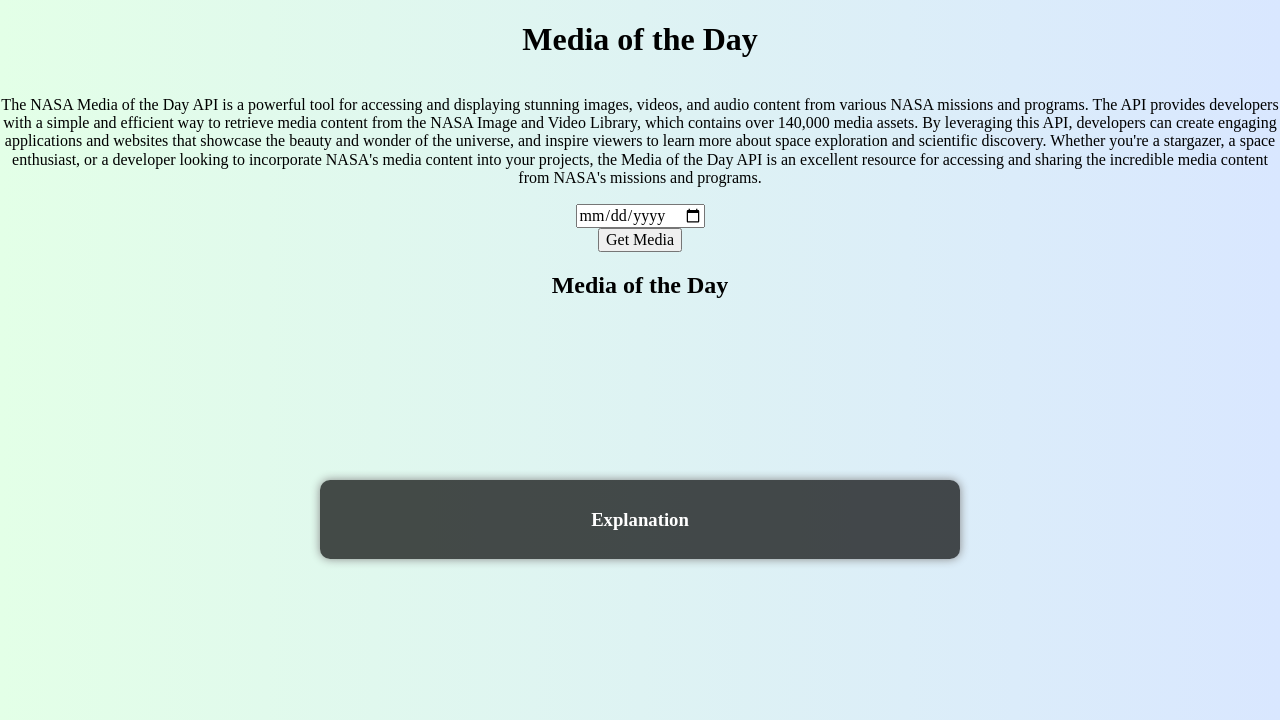
Repository: lvcg/nasa-api-template-
Page: index.html
An editor plug-in stored every save of this project. The page is shown before and after the next save, followed by the edit.
The browser window is 1280 px wide. The pictures show the whole page.
Backgrounds fixed to the window are drawn as part of the page.

Above is the page before, as saved 2023-02-28 20:14:25.
Console error: TypeError: Cannot read properties of null (reading 'removeAttribute')

### index.html
<!DOCTYPE html>
<html lang="en">
  <head>
    <meta charset="utf-8">
    <meta name="description" content="A simple Picture of the Day app using NASA's API">
    <meta name="keywords" content="NASA, API, Picture of the Day, Astronomy, Space">

    <title>Nasa Media of the day</title>

    <!-- external CSS link -->
    <link rel="stylesheet" href="css/normalize.css">
    <link rel="stylesheet" href="css/style.css">
  </head>
  <body>
    <div class="container">
      <h1>Media of the Day</h1>
      <p>The NASA Media of the Day API is a powerful tool for accessing and displaying stunning images, videos, and audio content from various NASA missions and programs. The API provides developers with a simple and efficient way to retrieve media content from the NASA Image and Video Library, which contains over 140,000 media assets. By leveraging this API, developers can create engaging applications and websites that showcase the beauty and wonder of the universe, and inspire viewers to learn more about space exploration and scientific discovery. Whether you're a stargazer, a space enthusiast, or a developer looking to incorporate NASA's media content into your projects, the Media of the Day API is an excellent resource for accessing and sharing the incredible media content from NASA's missions and programs.</p>
      <input type="date" name="">
      <button type="button">Get Media</button>

      <h2>Media of the Day</h2>

      <img id="nasa-media" onclick="removeImage()" src="" alt="">

      <iframe src="" frameborder="0"></iframe>
      <div class="text-block">
        <h3>Explanation</h3>
      </div>
    </div>
    <script type="text/javascript" src="js/main.js"></script>
  </body>
</html>

### css/style.css
/* Box Model Hack */
* {
  box-sizing: border-box;
}

/* LAYOUT */
body {
  background-image: linear-gradient(90deg, #e3ffe7, #d9e7ff);
  background-repeat: no-repeat;
  background-size: cover;
  background-position: center center;
  background-attachment: fixed;
}

position: relative;
bottom: 20px;
background-color: rgba(0, 0, 0, 0.7);
color: white;
padding: 10px 20px;
border-radius: 10px;
box-shadow: 0px 0px 10px #888888;
width: 50%;
margin: 30px auto;
}


img {
  display: block;
  max-width: 100%;
  height: auto;
  margin: 30px auto;
  border-radius: 10px;
  box-shadow: 0px 0px 10px #888888;
}

/* ADDITIONAL STYLES */
/* Container holding the image and the text */
.container {
  display: flex;
  flex-direction: column;
  align-items: center;
  text-align: center;
}

/* Bottom right text */
.text-block {
  position: relative;
  bottom: 20px;
  background-color: rgba(0, 0, 0, 0.7);
  color: white;
  padding: 10px 20px;
  border-radius: 10px;
  box-shadow: 0px 0px 10px #888888;
  width: 50%;
  margin: 30px auto;
}

@media (max-width: 600px) {
  .text-block {
    width: 90%;
  }
}

### js/main.js
//Example fetch using pokemonapi.co
document.querySelector('button').addEventListener('click', getFetch)

document.getElementById('poke').removeAttribute('src');


function getFetch(){
  const choice = document.querySelector('input').value
  console.log(choice)
  const url = `https://api.nasa.gov/planetary/apod?api_key=bVXu64sjdTNsOpvxVmCosAQOme5m5yQIjCc7q4s6&date=${choice}`

  fetch(url)
      .then(res => res.json()) // parse response as JSON
      .then(data => {
        console.log(data)
        if(data.media_type === 'image'){
          document.querySelector('img').src = data.hdurl
        }else if(data.media_type === 'video'){
          document.querySelector('iframe').src = data.url
        }

        document.querySelector('h3').innerHTML = data.explanation
      })
      .catch(err => {
          console.log(`error ${err}`)
      });
}

Loaded but not shown: css/normalize.css (library)

After the next save:
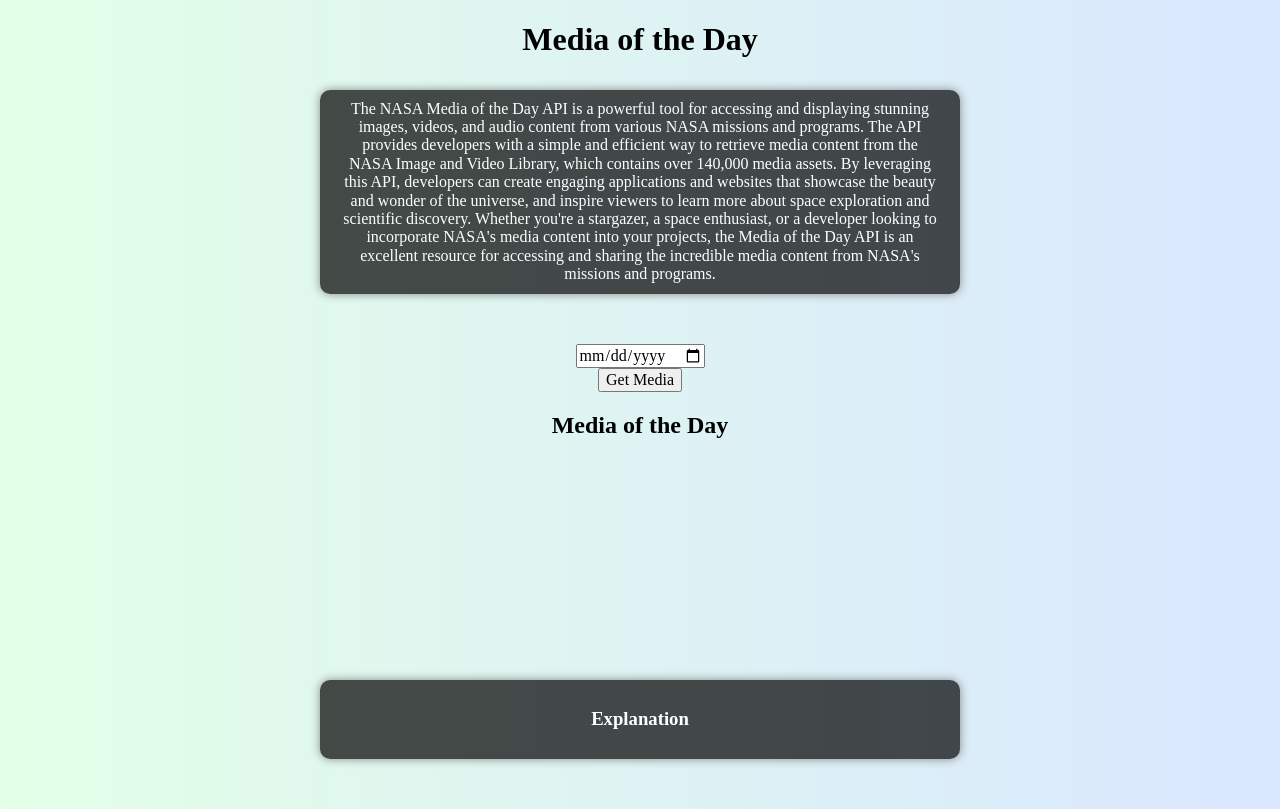
Saved 17 s later.
--- a/css/style.css
+++ b/css/style.css
@@ -12,16 +12,18 @@
   background-attachment: fixed;
 }
 
-position: relative;
-bottom: 20px;
-background-color: rgba(0, 0, 0, 0.7);
-color: white;
-padding: 10px 20px;
-border-radius: 10px;
-box-shadow: 0px 0px 10px #888888;
-width: 50%;
-margin: 30px auto;
+p {
+  position: relative;
+  bottom: 20px;
+  background-color: rgba(0, 0, 0, 0.7);
+  color: white;
+  padding: 10px 20px;
+  border-radius: 10px;
+  box-shadow: 0px 0px 10px #888888;
+  width: 50%;
+  margin: 30px auto;
 }
+
 
 
 img {
